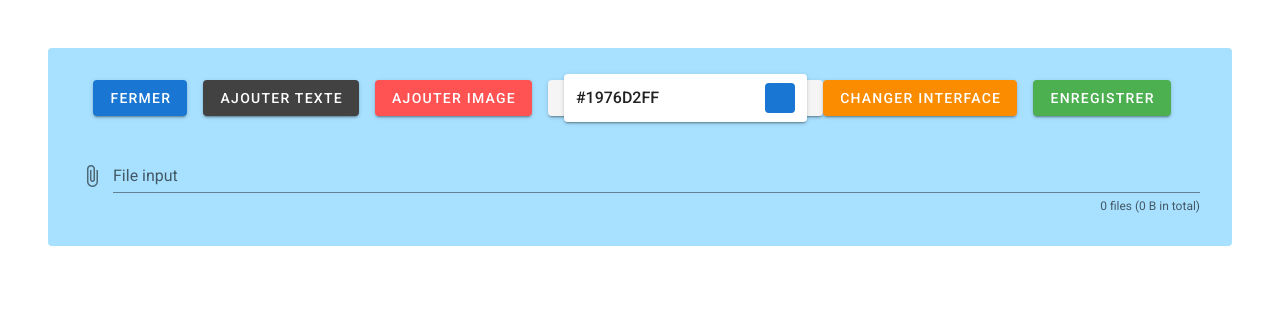
Repository: Hamagistral/BannerApp-Vue
Page: /#/dynamicPage
An editor plug-in stored every save of this project. The page is shown before and after a run of saves, followed by the edit.
The browser window is 1280 px wide. The pictures show the whole page.
The project was rebuilt for these pictures with package versions that can differ from the ones it lists, and the page was loaded fresh each time. Also part of the build but not shown: vue.config.js, src/components/WidgetText.vue, src/components/WidgetImage.vue, src/components/Home.vue.

Above is the page before, as saved 2023-02-07 01:47:48.

### public/index.html
<!DOCTYPE html>
<html lang="en">
  <head>
    <meta charset="utf-8">
    <meta http-equiv="X-UA-Compatible" content="IE=edge">
    <meta name="viewport" content="width=device-width,initial-scale=1.0">
    <link rel="icon" href="<%= BASE_URL %>favicon.ico">
    <title>Banner App</title>
    <link rel="stylesheet" href="https://fonts.googleapis.com/css?family=Roboto:100,300,400,500,700,900">
    <link rel="stylesheet" href="https://cdn.jsdelivr.net/npm/@mdi/font@latest/css/materialdesignicons.min.css">
  </head>
  <body>
    <noscript>
      <strong>We're sorry but Banner App doesn't work properly without JavaScript enabled. Please enable it to continue.</strong>
    </noscript>
    <div id="app"></div>
    <!-- built files will be auto injected -->
  </body>
</html>

### src/App.vue
<template>
  <v-app>
    <v-main>
      <v-container class="pa-12" fluid>
        <router-view align="center" justify="center" ></router-view>
      </v-container>
    </v-main>
  </v-app>
</template>

<script>

export default {
  name: "App",
  components: {},
};
</script>

### src/router/index.js
import Vue from 'vue'
import VueRouter from 'vue-router'
import DynamicPage from '../components/DynamicPage'
import Home from "../components/Home";

Vue.use(VueRouter)

const routes = [
  {
    path: '/',
    name: 'home',
    component: Home
  },
  {
    path: '/dynamicPage',
    name: 'dynamicPage',
    component: DynamicPage
  },

]
const router = new VueRouter({
  routes
})

export default router

### src/components/DynamicPage.vue
<template>
  <div>
    <template>
      <v-form class="primary pa-8 lighten-4 rounded" ref="form" v-model="valid" lazy-validation>
        <v-btn color="primary" class="mr-4">
          Fermer
        </v-btn>

        <v-btn color="secondary" class="mr-4" @click="addMore()">
          Ajouter Texte
        </v-btn>

        <v-btn color="error" class="mr-4" @click="addImage()">
          Ajouter Image
        </v-btn>

        <v-btn>
            <v-text-field v-model="color" v-mask="mask" hide-details class="ma-0 pa-0" solo>
              <template v-slot:append>
                <v-menu v-model="menu" top nudge-bottom="105" nudge-left="16" :close-on-content-click="false">
                  <template v-slot:activator="{ on }">
                    <div :style="swatchStyle" v-on="on" />
                  </template>
                  <v-card>
                    <v-card-text class="pa-0">
                      <v-color-picker v-model="color" flat />
                    </v-card-text>
                  </v-card>
                </v-menu>
              </template>
            </v-text-field>
        </v-btn>

        <v-btn color="warning" class="mr-4">
          Changer Interface
        </v-btn>

        <v-btn color="success" class="mr-4">
          Enregistrer
        </v-btn>


        <template>
          <v-file-input
            show-size
            counter
            multiple
            label="File input"
            v-model="chosenFile"
            e class="mt-8"
          ></v-file-input>
        </template>
      </v-form>
    </template>

    <div v-for="(course, index) in courses" :key="`text-${index}`">
      <WidgetText></WidgetText>
    </div>
    <div v-for="(file, index) in previewImages" :key="`image-${index}`">
      <WidgetImage :previews="file" vif="file"></WidgetImage>
    </div>
  </div>
</template>

<script>
import WidgetText from "./WidgetText";
import WidgetImage from "./WidgetImage";

export default {
  name: "dynamicPage",
  components: {
    WidgetText,
    WidgetImage,
  },
  props: {
    msg: String,
  },
  data() {
    return {
      chosenFile: null,
      valid: false,

      preview: [
        {
          name: "AAA.jpg",
          chosenFile: "yasser",
        },
      ],

      previewImages: [],
      courses: 0,
      color: '#1976D2FF',
      mask: '!#XXXXXXXX',
      menu: false,
    };
  },
  watch: {
    chosenFile: {
      handler(nw, od) {
        console.log(nw);
      },
      deep: true,
    },
  },
  methods: {
    clean() {
      this.chosenFile = null;
    },
    addMore() {
      this.courses += 1;
    },
    addImage() {
      if(this.chosenFile) {
      this.previewImages.push(...this.chosenFile);
      this.clean();
      } else {
        alert('Erreur, Veuillez choisir !')
      }
    },
  },
  computed: {
    swatchStyle() {
      const { color, menu } = this
      return {
        backgroundColor: color,
        cursor: 'pointer',
        height: '30px',
        width: '30px',
        borderRadius: menu ? '50%' : '4px',
        transition: 'border-radius 200ms ease-in-out'
      }
    },
  },
};
</script>

Loaded but not shown: src/main.js (common file); src/store/index.js (common file); src/plugins/vuetify.js (common file)

After the next 2 saves:
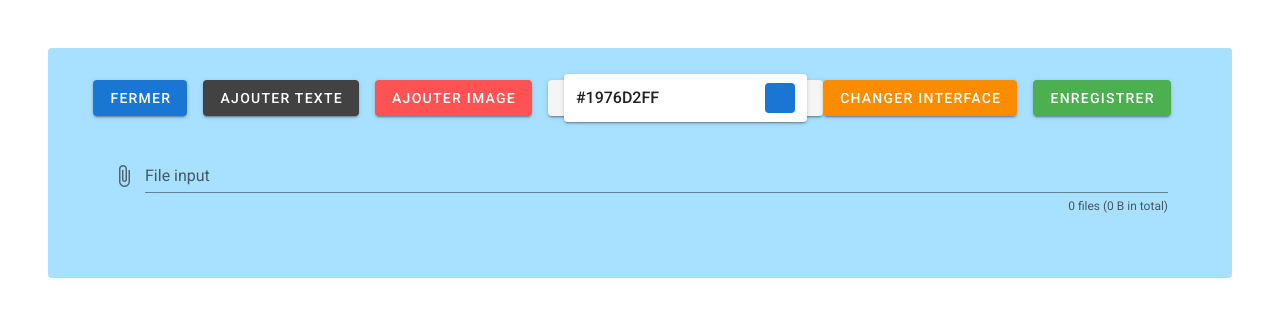
The 2 saves are shown as one change because they came seconds apart.
The last was saved 7 s later.
--- a/src/components/DynamicPage.vue
+++ b/src/components/DynamicPage.vue
@@ -47,7 +47,7 @@
             multiple
             label="File input"
             v-model="chosenFile"
-            e class="mt-8"
+            class="ma-8"
           ></v-file-input>
         </template>
       </v-form>
